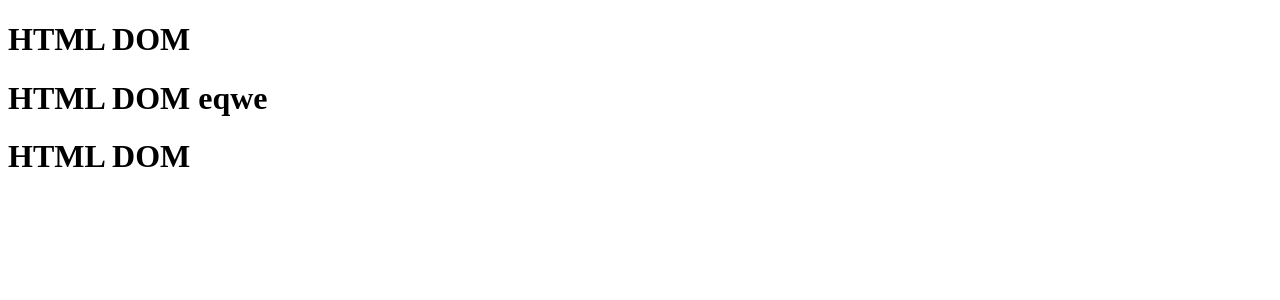
Repository: lt-chinh098406/MusicPlayer
Page: index.html
These files come from the project's save history. The page is drawn as it stood at one moment and after the next save; the edit follows.
The browser window is 1280 px wide. The pictures show the whole page.

Above is the page before, as saved 2021-11-06 15:55:38.

### index.html
<!DOCTYPE html>
<html lang="en">
<head>
  <meta charset="UTF-8">
  <meta http-equiv="X-UA-Compatible" content="IE=edge">
  <meta name="viewport" content="width=device-width, initial-scale=1.0">
  <title>HTML DOM</title>
</head>
<body>
  <h1 class="heading">HTML DOM</h1>
  <h1 class="heading">HTML DOM eqwe</h1>
  <h1 class="heading">HTML DOM</h1>
</body>
<script src="main.js"></script>
</html>

### main.js
var headingsNode = document.querySelector('.heading')

console.log(headingsNode)

After the next save:
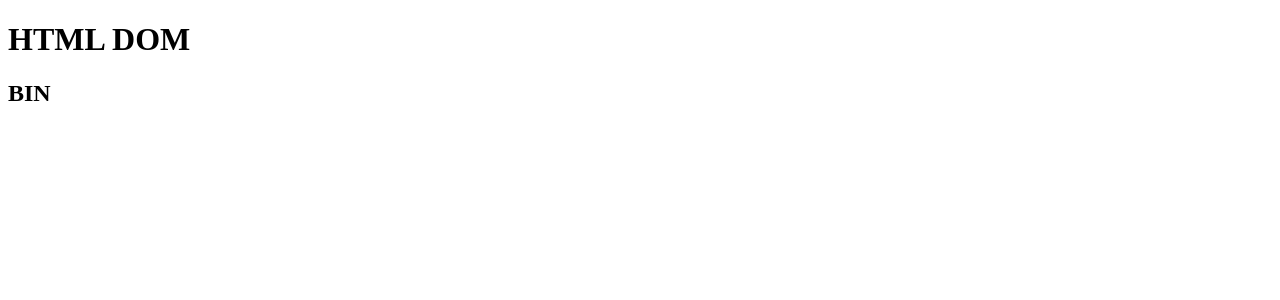
Saved 61 s later.
--- a/index.html
+++ b/index.html
@@ -8,8 +8,9 @@
 </head>
 <body>
   <h1 class="heading">HTML DOM</h1>
-  <h1 class="heading">HTML DOM eqwe</h1>
-  <h1 class="heading">HTML DOM</h1>
+  <div class="box">
+    <h2 class="heading-2">BIN</h2>
+  </div>
 </body>
 <script src="main.js"></script>
 </html>
